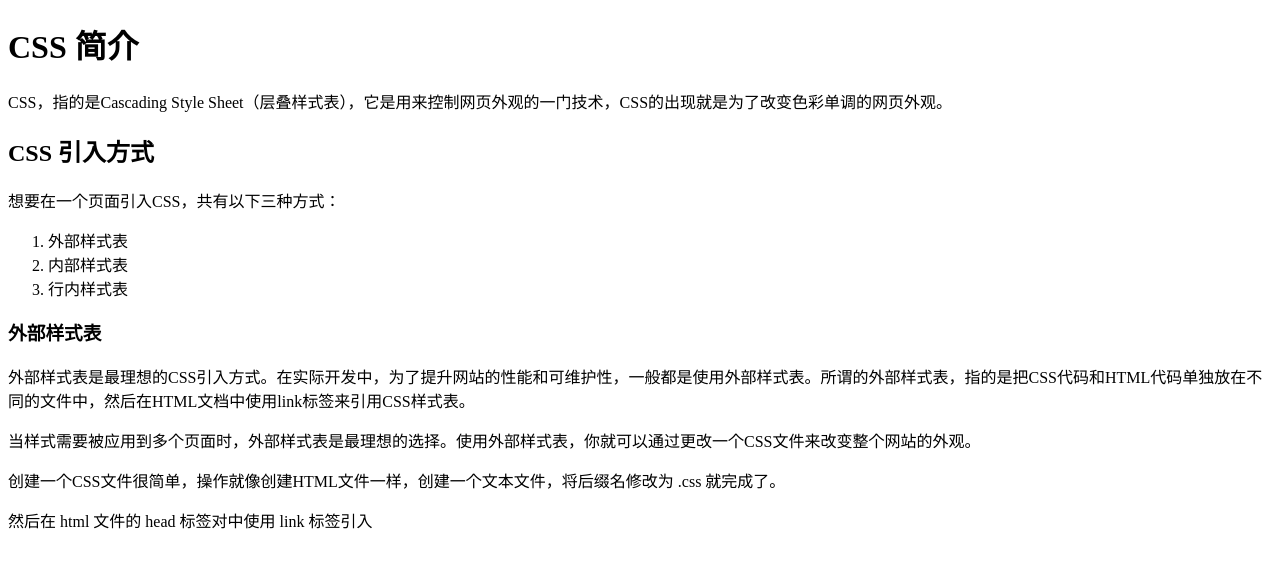
Repository: liang-n/front-end-basics
Page: 11-CSS简介.html
An editor plug-in stored every save of this project. The page is shown before and after a run of saves, followed by the edit.
The browser window is 1280 px wide. The pictures show the whole page.

Above is the page before, as saved 2022-05-15 20:40:48.

### 11-CSS简介.html
<!DOCTYPE html>

<head>
    <meta charset="UTF-8">
    <title>11-CSS简介</title>
</head>

<body>
    <h1>CSS 简介</h1>

    <p>CSS，指的是Cascading Style Sheet（层叠样式表），它是用来控制网页外观的一门技术，CSS的出现就是为了改变色彩单调的网页外观。</p>

    <h2>CSS 引入方式</h2>

    <p>想要在一个页面引入CSS，共有以下三种方式：</p>
    <ol>
        <li>外部样式表</li>
        <li>内部样式表</li>
        <li>行内样式表</li>
    </ol>

    <h3>外部样式表</h3>

    <p>外部样式表是最理想的CSS引入方式。在实际开发中，为了提升网站的性能和可维护性，一般都是使用外部样式表。所谓的外部样式表，指的是把CSS代码和HTML代码单独放在不同的文件中，然后在HTML文档中使用link标签来引用CSS样式表。</p>
    <p>当样式需要被应用到多个页面时，外部样式表是最理想的选择。使用外部样式表，你就可以通过更改一个CSS文件来改变整个网站的外观。</p>
    <p>创建一个CSS文件很简单，操作就像创建HTML文件一样，创建一个文本文件，将后缀名修改为 .css 就完成了。</p>
    <p>然后在 html 文件的 head 标签对中使用 link 标签引入</p>
</body>

</html>

After the next 3 saves:
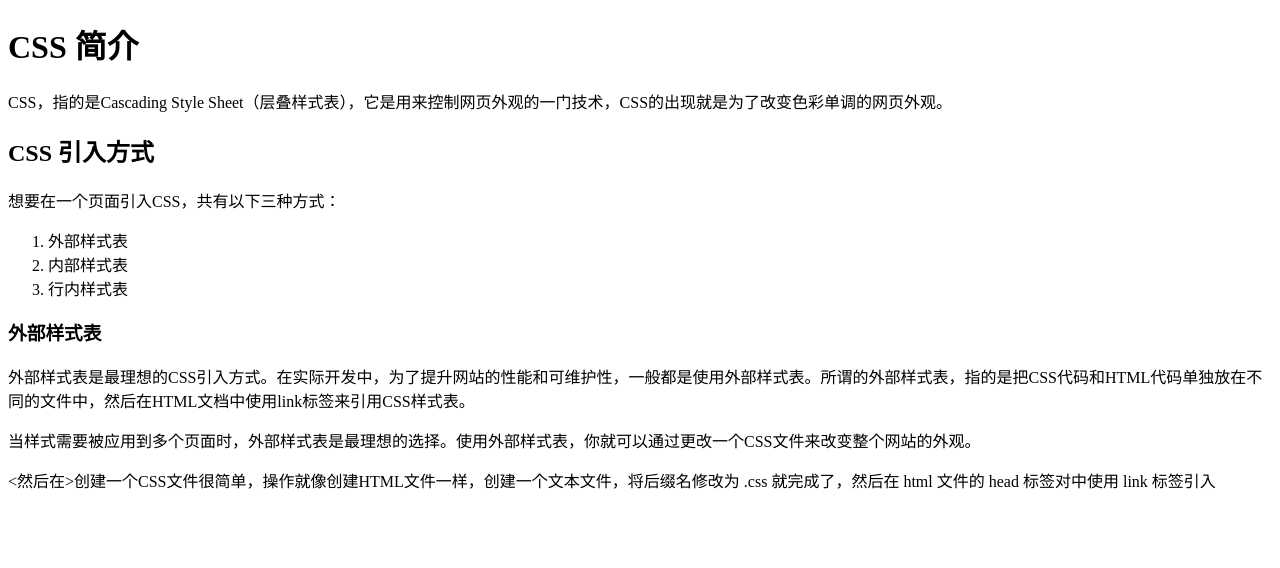
The 3 saves are shown as one change because they came seconds apart.
The last was saved 20 s later.
--- a/11-CSS简介.html
+++ b/11-CSS简介.html
@@ -23,8 +23,7 @@
 
     <p>外部样式表是最理想的CSS引入方式。在实际开发中，为了提升网站的性能和可维护性，一般都是使用外部样式表。所谓的外部样式表，指的是把CSS代码和HTML代码单独放在不同的文件中，然后在HTML文档中使用link标签来引用CSS样式表。</p>
     <p>当样式需要被应用到多个页面时，外部样式表是最理想的选择。使用外部样式表，你就可以通过更改一个CSS文件来改变整个网站的外观。</p>
-    <p>创建一个CSS文件很简单，操作就像创建HTML文件一样，创建一个文本文件，将后缀名修改为 .css 就完成了。</p>
-    <p>然后在 html 文件的 head 标签对中使用 link 标签引入</p>
+    <然后在>创建一个CSS文件很简单，操作就像创建HTML文件一样，创建一个文本文件，将后缀名修改为 .css 就完成了，然后在 html 文件的 head 标签对中使用 link 标签引入</p>
 </body>
 
 </html>
